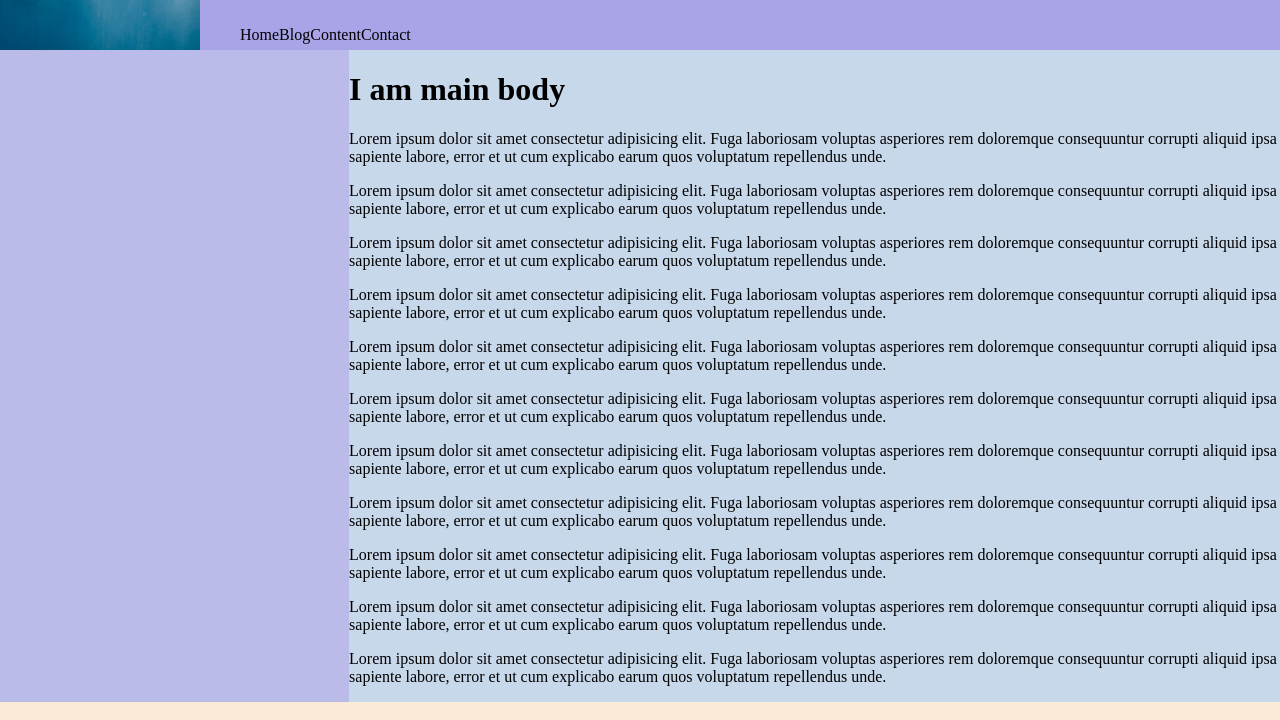
Repository: purnimapatel/fish-world
Page: index.html
The author's editor kept a copy of each file at every save. The page is drawn from the files as they stood at one save, then again after the next save.
The browser window is 1280 px wide. The pictures show the whole page.

Above is the page before, as saved 2024-08-25 11:39:25.

After the next save:
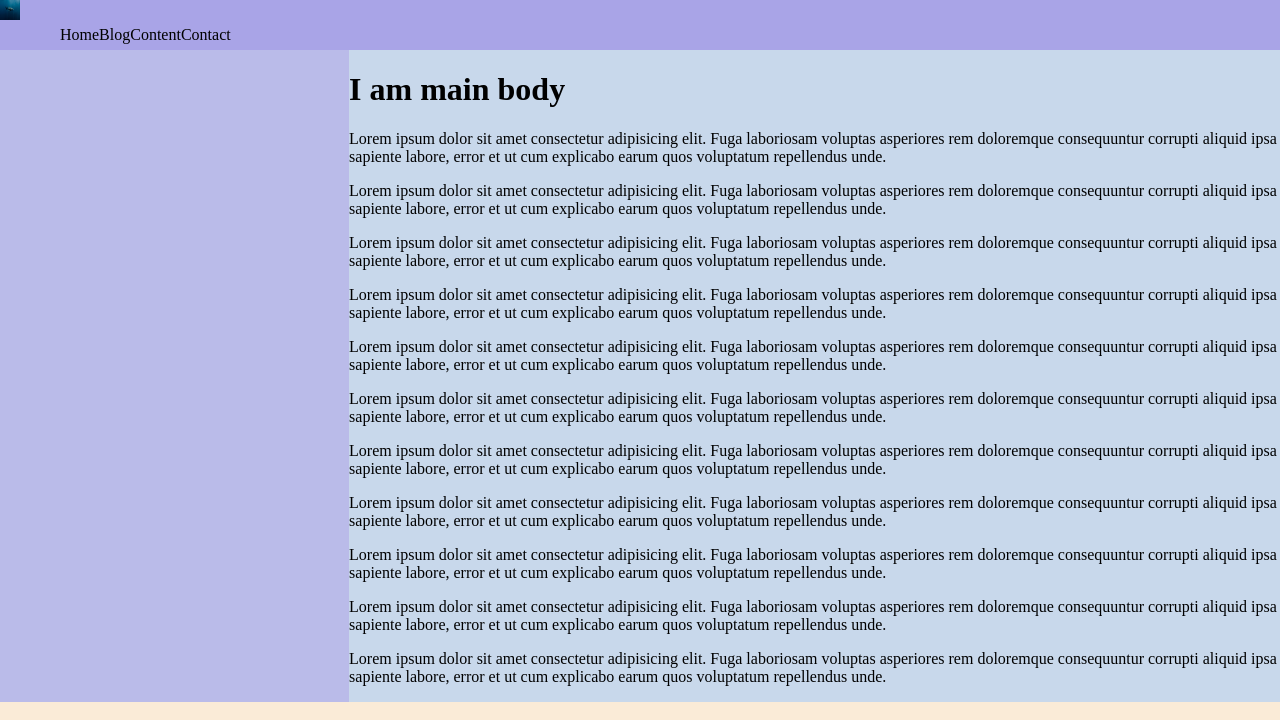
Saved 61 s later.
--- a/style.css
+++ b/style.css
@@ -37,8 +37,8 @@ body{
 
 }
 #img1{
-    height: 200px;
-    width:200px;
+    height: 20px;
+    width:20px;
 }
 #list{
     display: flex;
